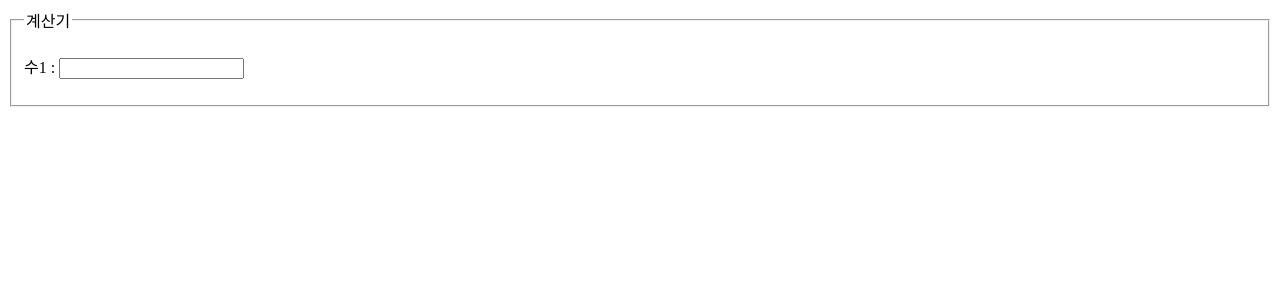
Repository: Kebiskim/2023_jspStudy
Page: 01_servlet/src/main/webapp/view/Ex07.html
The author's editor kept a copy of each file at every save. The page is drawn from the files as they stood at one save, then again after the next save.
The browser window is 1280 px wide. The pictures show the whole page.

Above is the page before, as saved 2023-06-30 04:14:03.

### 01_servlet/src/main/webapp/view/Ex07.html
<!DOCTYPE html>
<html>
<head>
<meta charset="UTF-8">
<title>Calculator</title>
<style type="text/css">
	#border1{
	  width : 300px;
	  height: auto;
	  border: 1px solid lightgray;
	  padding: 10px;
	}
</style>
</head>
<body>
	<!-- <div id="border1">
		<p>계산기</p>
		<p>수1: <input type="text" name="num1" id="num1"></p>
		<p>수2: <input type="text" name="num2" id="num2"></p>
		<p>연산자: <input type="radio" name="chk_info" value="CSS">+
				 <input type="radio" name="chk_info" value="CSS">-
				 <input type="radio" name="chk_info" value="CSS">*
				 <input type="radio" name="chk_info" value="CSS">/
		</p>
		<button>결과보기</button>
	</div> -->

	<div>
		<form action="/01_servlet/Ex07" method="get">
			<fieldset>
				<legend>계산기</legend>
				<p><label for="s1">수1 : </label>
				<input type="number" name="num1" id="num1" required="required"></p>
			</fieldset>
		</form>
	</div>
</body>
</html>

After the next save:
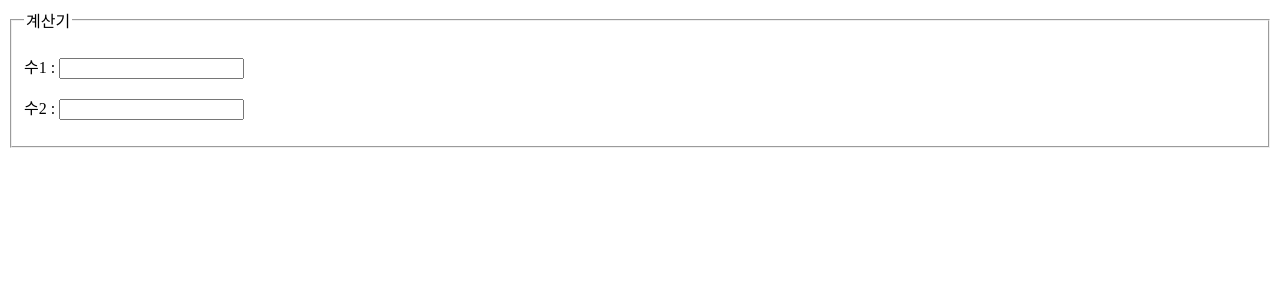
Saved 11 s later.
--- a/01_servlet/src/main/webapp/view/Ex07.html
+++ b/01_servlet/src/main/webapp/view/Ex07.html
@@ -31,6 +31,8 @@
 				<legend>계산기</legend>
 				<p><label for="s1">수1 : </label>
 				<input type="number" name="num1" id="num1" required="required"></p>
+				<p><label for="s1">수2 : </label>
+				<input type="number" name="num2" id="num2" required="required"></p>
 			</fieldset>
 		</form>
 	</div>
